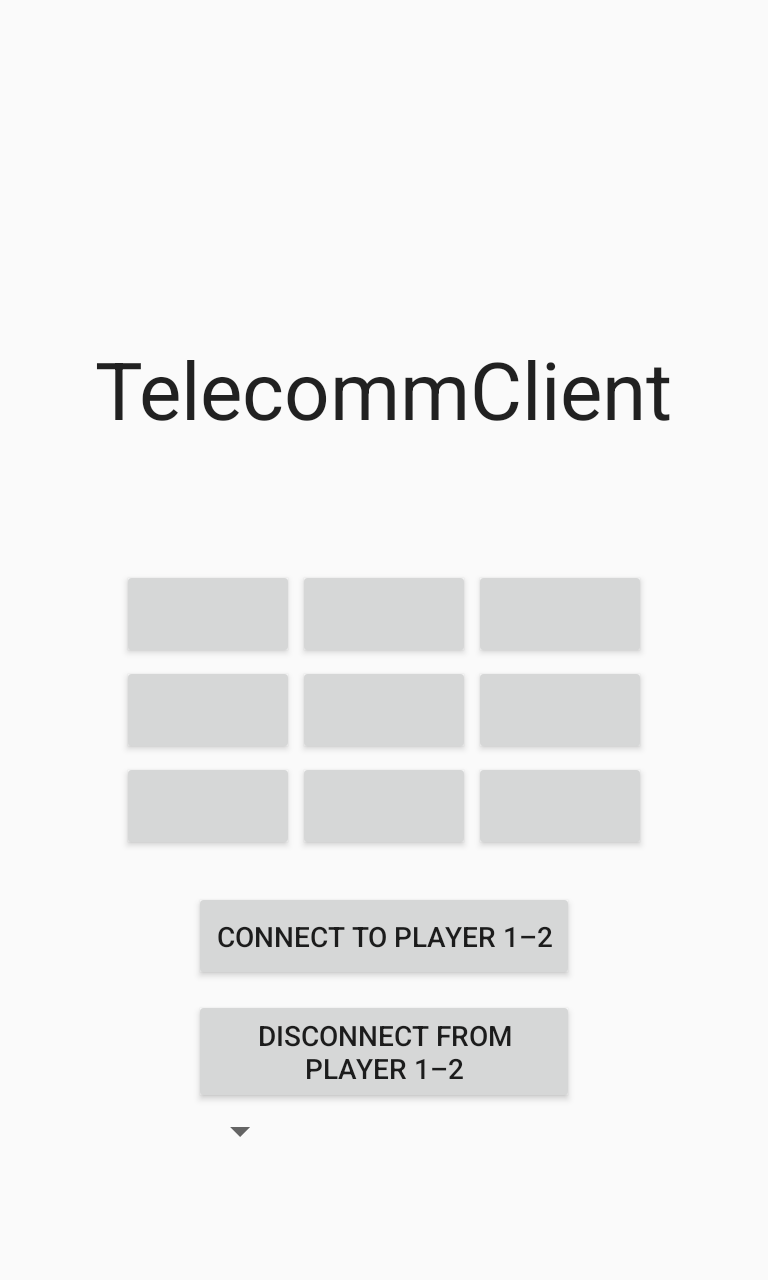
Repository: BananaGames/telecommProject
Layout: client/TelecommClient/res/layout/activity_main.xml
The author's editor kept a copy of each file at every save. The layout is drawn from the files as they stood at one save, then again after the next save.
It is drawn on a 768 x 1280 px phone screen (xhdpi) without system bars, with theme AppTheme; the app's code is not run.

Above is the layout before, as saved 2014-11-18 00:01:17.

After the next save:
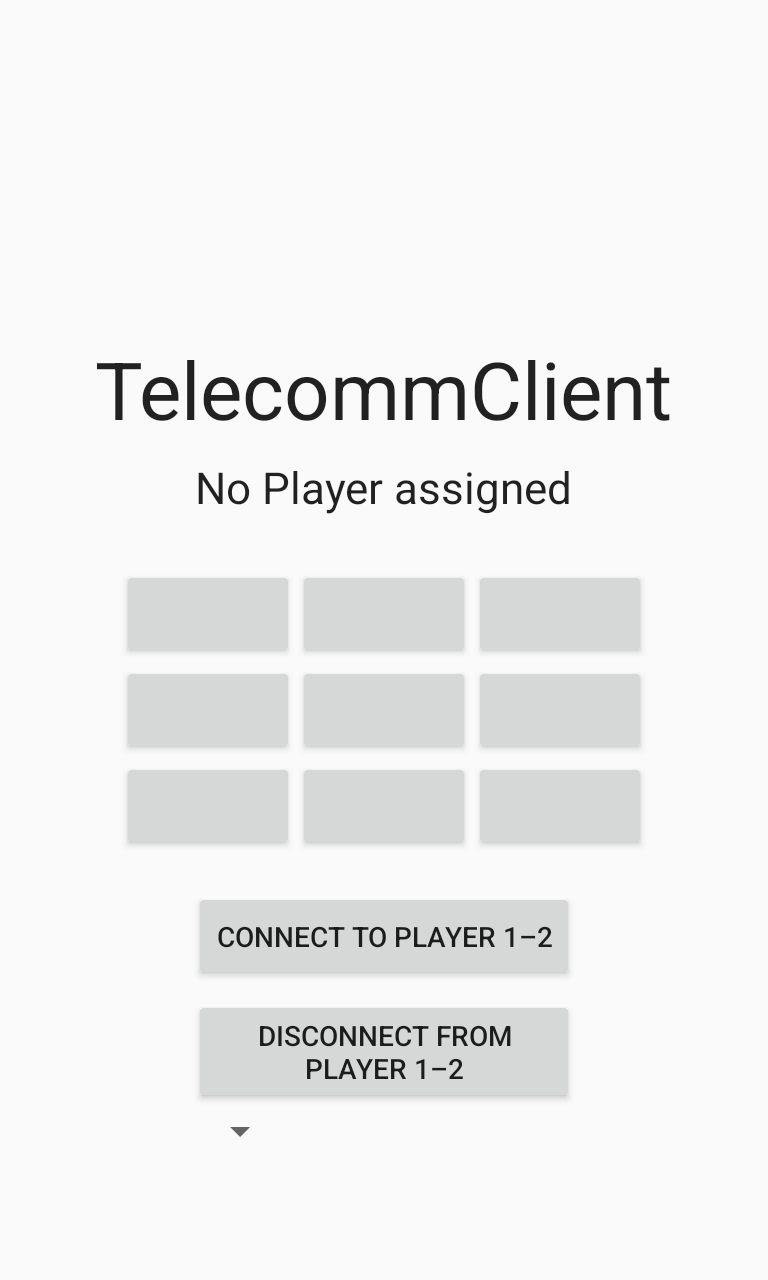
Saved 43 s later.
--- a/client/TelecommClient/res/layout/activity_main.xml
+++ b/client/TelecommClient/res/layout/activity_main.xml
@@ -117,4 +117,14 @@
         android:textAppearance="?android:attr/textAppearanceLarge"
         android:textSize="40dp" />
 
+    <TextView
+        android:id="@+id/PlayerText"
+        android:layout_width="wrap_content"
+        android:layout_height="wrap_content"
+        android:layout_above="@+id/tableLayout1"
+        android:layout_centerHorizontal="true"
+        android:layout_marginBottom="25dp"
+        android:text="@string/player_string"
+        android:textAppearance="?android:attr/textAppearanceLarge" />
+
 </RelativeLayout>
